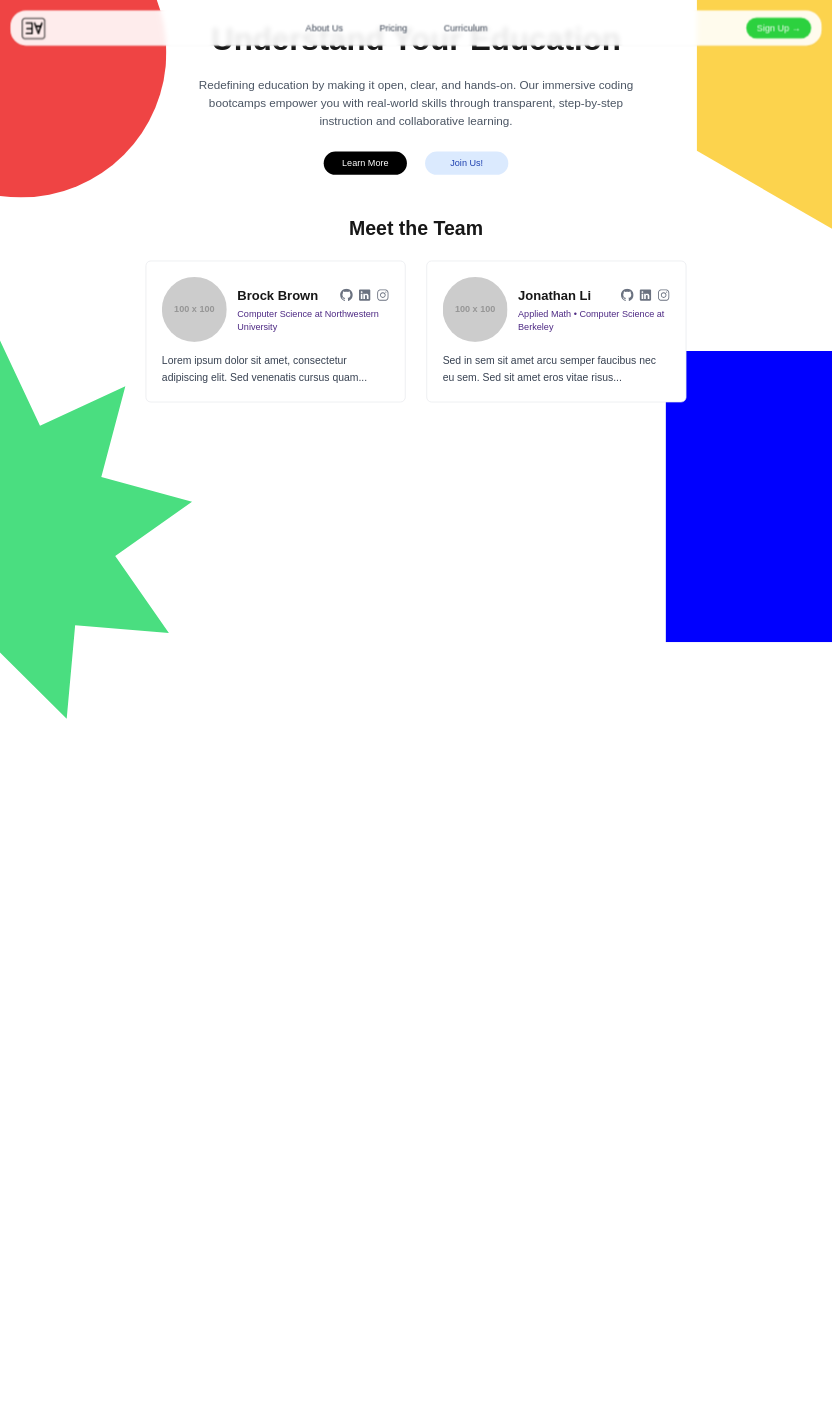
Repository: johnnyli-dev/bootcamp
Page: /
An editor plug-in stored every save of this project. The page is shown before and after the next save, followed by the edit.
The browser window is 1280 px wide. The pictures show the whole page, at 65% of full size.
The project was rebuilt for these pictures with package versions that can differ from the ones it lists, and the page was loaded fresh each time. The framework's server and built-in components were replaced by stand-ins that run in the browser. Also part of the build but not shown: next.config.ts.

Above is the page before, as saved 2025-02-22 14:33:39.

After the next save:
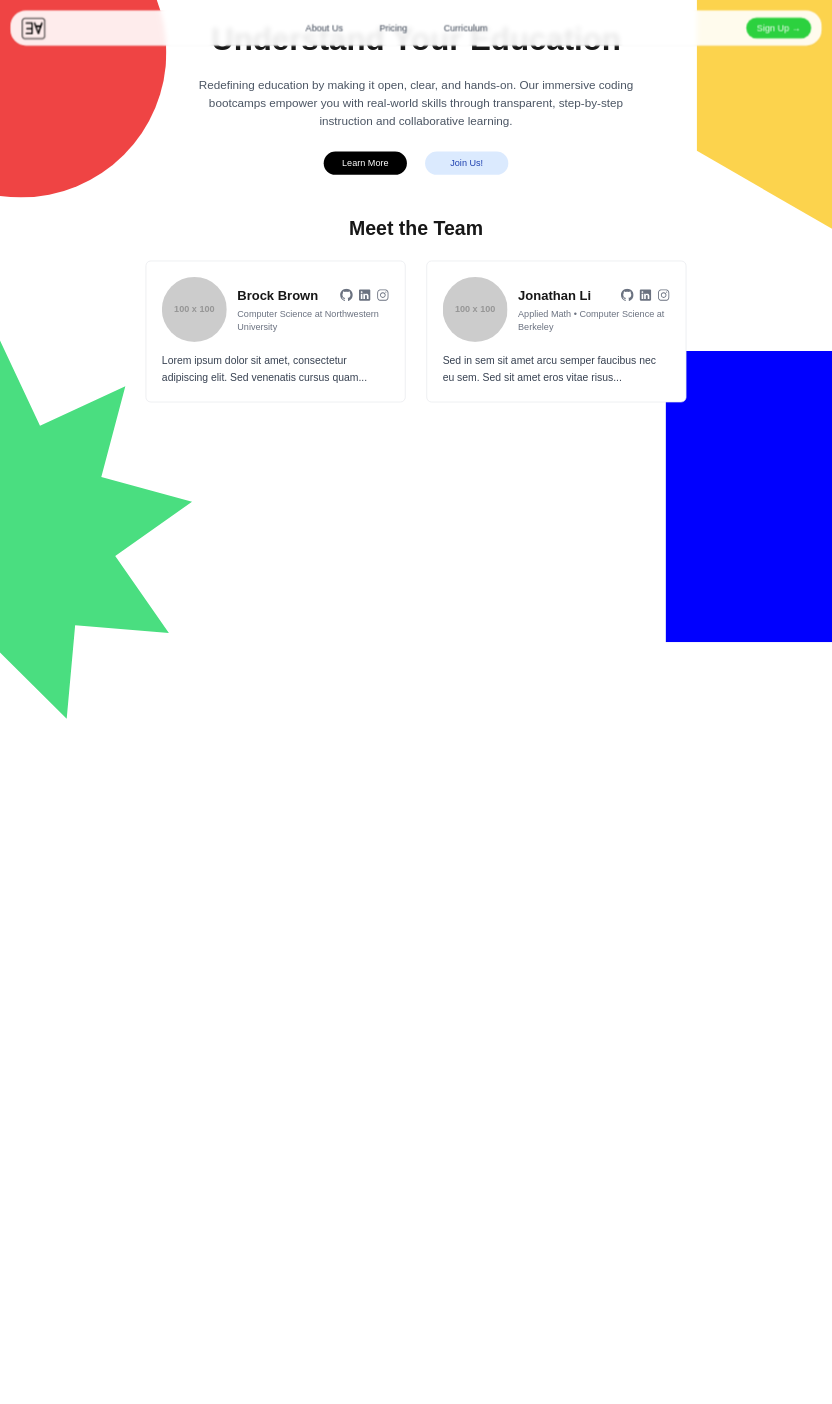
Saved 19 min 32 s later.
--- a/app/components/PCard.tsx
+++ b/app/components/PCard.tsx
@@ -29,8 +29,8 @@ export default function PCard({
 				<Image
 					src={profileImage}
 					alt={name}
-					width={100} // explicit width
-					height={100} // explicit height
+					width={100}
+					height={100}
 					className="rounded-full object-cover mr-4"
 				/>
 				<div className="flex-1">
@@ -50,12 +50,9 @@ export default function PCard({
 							))}
 						</div>
 					</div>
-
-                    {/* Subtitle */}
-					<p className="text-[#4E2A84] text-sm mt-1">{subtitle}</p>
+					<p className="text-gray-500 text-sm mt-1">{subtitle}</p>
 				</div>
 			</div>
-
 			{/* Description */}
 			<p className="mt-4 text-gray-700 leading-relaxed">{description}</p>
 		</div>
